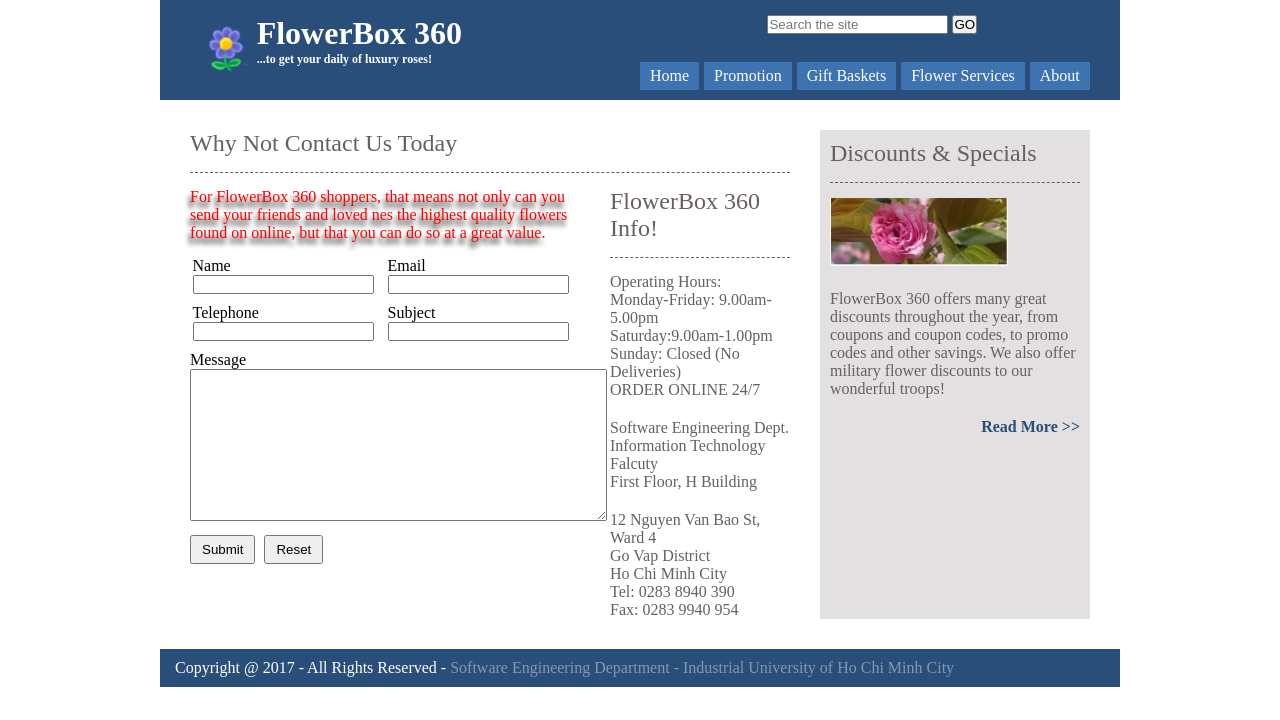
Repository: hoangnguyen1903/STT_21084321_NguyenHuyHoang_DHKHMT17B_Tuan4_DeThamKhao3
Page: html/demo.html
The author's editor kept a copy of each file at every save. The page is drawn from the files as they stood at one save, then again after the next save.
The browser window is 1280 px wide. The pictures show the whole page.

Above is the page before, as saved 2023-03-09 15:20:16.

After the next save:
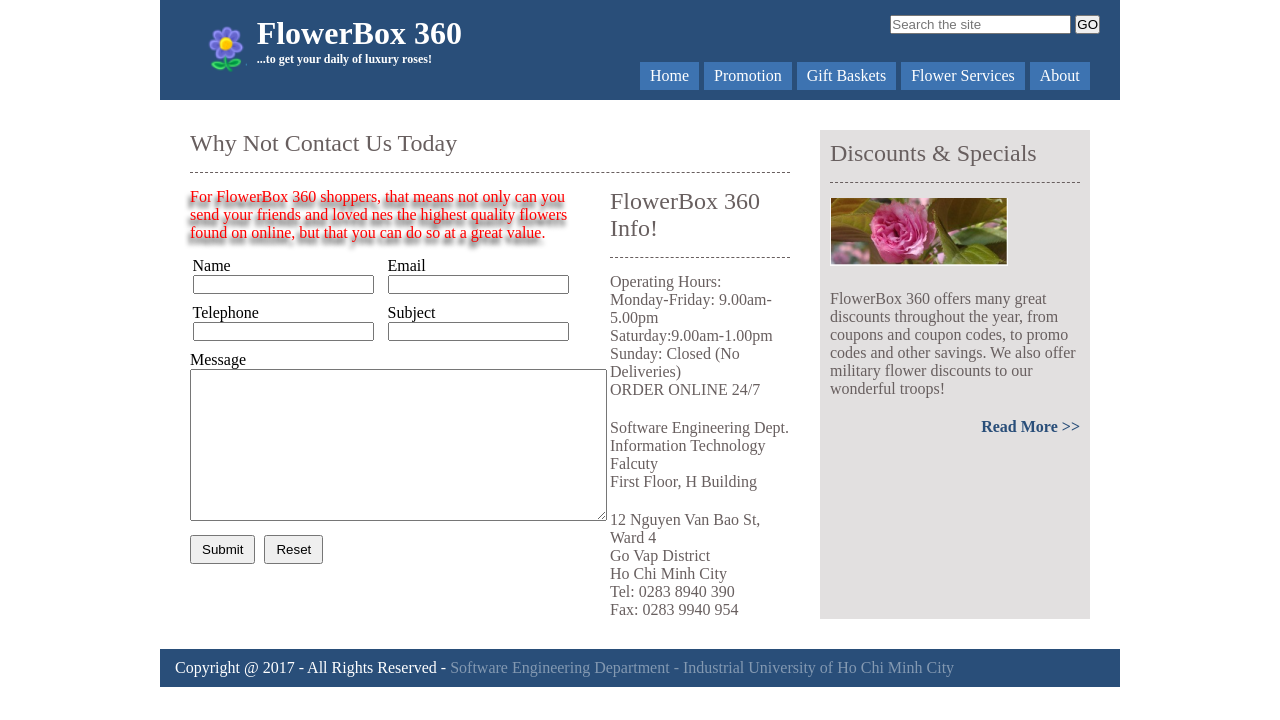
Saved 15 s later.
--- a/html/demo.html
+++ b/html/demo.html
@@ -43,6 +43,7 @@
 
       .header > .header__right {
         padding-top: 15px;
+        margin-right: 20px;
       }
 
       .header > .header__bottom {
